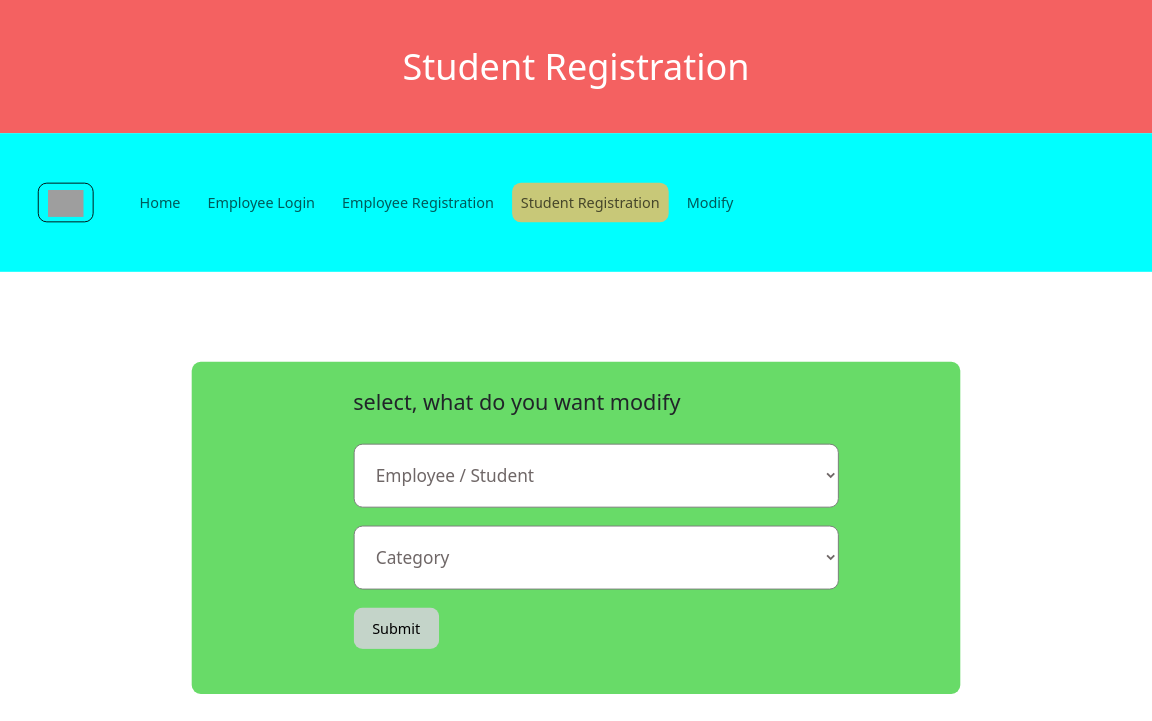
Repository: HarinathDeveloper/Student-Management
Page: http://localhost/StudentManagement/student_registration_form.jsp
The author's editor kept a copy of each file at every save. The page is drawn from the files as they stood at one save, then again after the next save.
The browser window is 1280 px wide. The pictures show the whole page, at 90% of full size.
Pictures or frames that could not be fetched are drawn as grey boxes. The page is served by Tomcat 9.

Above is the page before, as saved 2023-01-23 12:46:34.

After the next save:
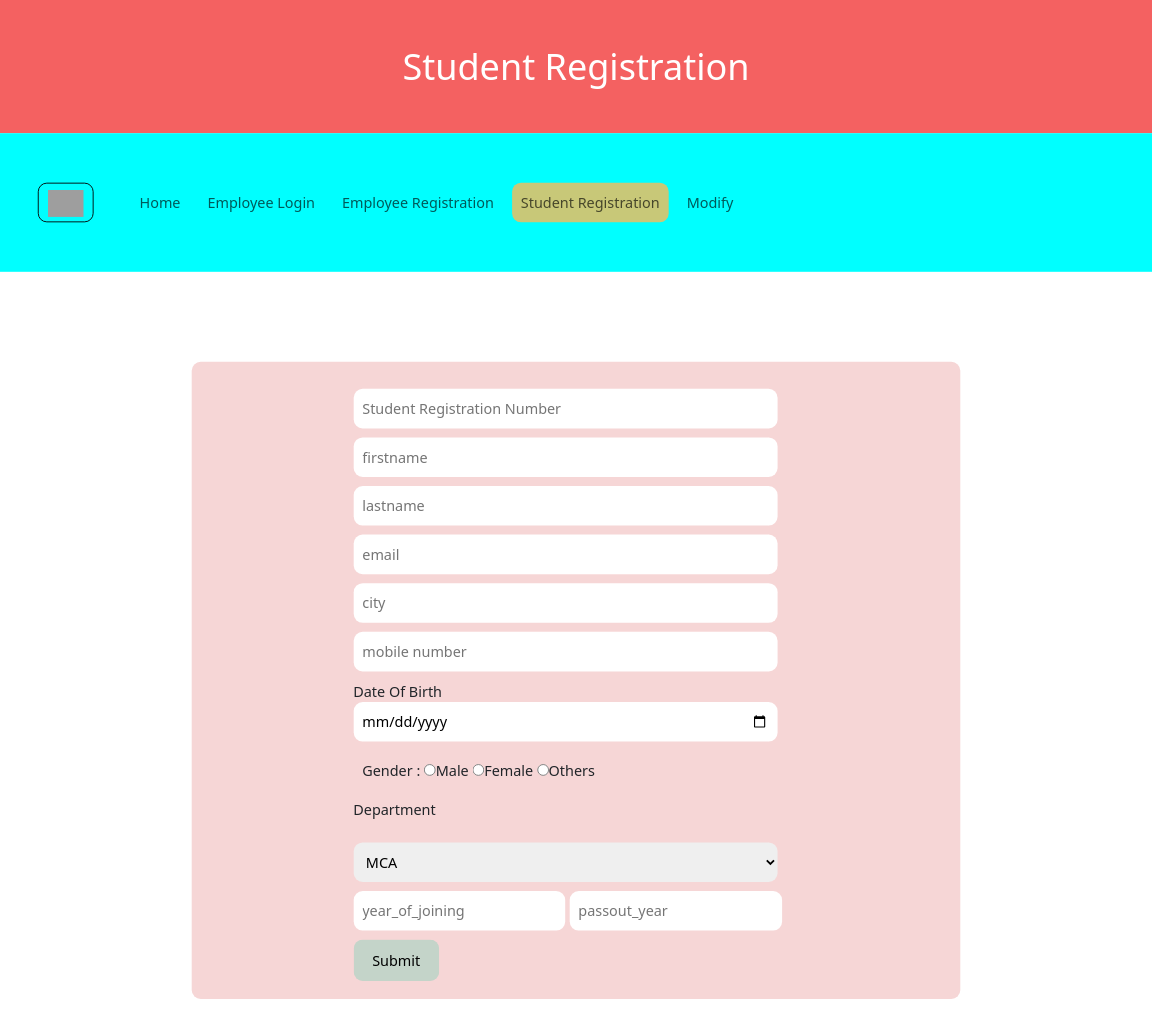
Saved 4 min 21 s later.
--- a/StudentManagement/src/main/webapp/student_registration_form.jsp
+++ b/StudentManagement/src/main/webapp/student_registration_form.jsp
@@ -35,29 +35,44 @@
             </div>
           </nav>
     </div>
-    <div class="col-12 col-md-8 employee-modify">
-        <h4>select, what do you want modify</h4><br>
-        <form>
-            <select name="modify" class="employee-modify-anchor">
-                <option>Employee / Student</option>
-                <option value="employee_table">Employee Details</option>
-                <option value="student_table">Student Details</option>
-            </select>
-            <select name="category" class="employee-modify-anchor">
-                <option value="category">Category</option>
-                <option value="firstname">First Name</option>
-                <option value="lastname">Last Name</option>
-                <option value="city">City</option>
-                <option value="monile_number">Mobile Number</option>
-                <option value="date_of_birth">Date Of Birth</option>
-                <option value="department">Department</option>
-                <option value="year_of_joining">Year Of Joining</option>
-                <option value="passout_year">Passout Year</option>
-                <option value="password">Password</option>
-            </select>
-            <input type="submit" class="form-modify-button">
-        </form>
-    </div>
+    <div class="col-12 col-md-8 student-login-form">
+      <form action="" method="">
+        <input type="text" name="student_registration_number" placeholder="Student Registration Number" class="form-registration-input" required autocomplete="off">
+        <br>
+        <input type="text" name="firstname" placeholder="firstname" class="form-registration-input" required autocomplete="off">
+        <br>
+        <input type="text" name="lastname" placeholder="lastname" class="form-registration-input" autocomplete="off" required>
+        <br>
+        <input type="email" name="email" placeholder="email" class="form-registration-input" autocomplete="off" required>
+        <br>
+        <input type="text" name="city" placeholder="city" class="form-registration-input" autocomplete="off" required>
+        <br>
+        <input type="number" name="city" placeholder="mobile number" class="form-registration-input" autocomplete="off" required>
+        <br>
+        <label>Date Of Birth </label><br>
+        <input type="date" name="dob" placeholder="date of birth" class="form-registration-input" autocomplete="off" required><br>
+        <div class="form-registration-input">
+          <label>Gender : </label>
+          <label><input type="radio" name="gender" value="male" id="m" required>Male</label>
+          <label><input type="radio" name="gender" value="female" id="f">Female</label>
+          <label><input type="radio" name="gender" value="other" id="o">Others</label>
+        </div>
+        <label>Department </label><br><br>
+        <select id="list" class="form-registration-input" required>
+          <option value="mca">MCA</option>
+          <option value="mba">MBA</option>
+          <option value="msc">MSC</option>
+          <option value="bsc">B.Sc</option>
+          <option value="Btech">B.Tech</option>
+          <option value="mtech">M.TEch</option>
+        </select><br>
+        <input type="text" name="year_of_joining" placeholder="year_of_joining" class="duration" required>
+        <input type="text" name="passout_year" placeholder="passout_year" class="duration" required>
+        <br>
+        <input type="submit" class="form-registration-button">
+      </form>
+
+
 
 
     <script src="https://cdn.jsdelivr.net/npm/bootstrap@5.3.0-alpha1/dist/js/bootstrap.bundle.min.js" integrity="sha384-w76AqPfDkMBDXo30jS1Sgez6pr3x5MlQ1ZAGC+nuZB+EYdgRZgiwxhTBTkF7CXvN" crossorigin="anonymous"></script>
